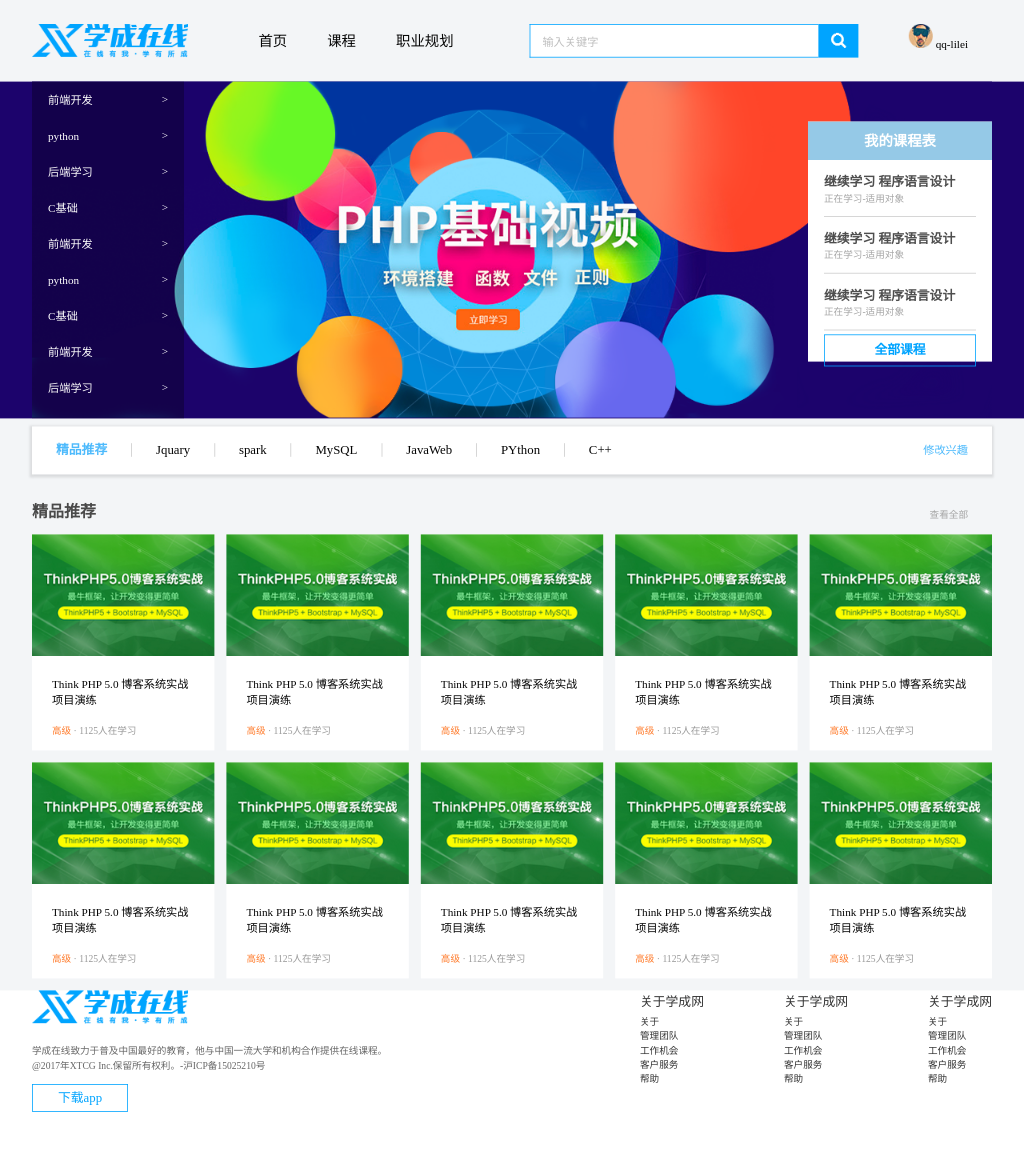
Repository: zhengdeya/web-based
Page: 39-学成在线/index.html
The author's editor kept a copy of each file at every save. The page is drawn from the files as they stood at one save, then again after the next save.
The browser window is 1280 px wide. The pictures show the whole page, at 80% of full size.

Above is the page before, as saved 2021-04-15 17:07:15.

### 39-学成在线/index.html
<!DOCTYPE html>
<html lang="en">

<head>
    <meta charset="UTF-8">
    <meta http-equiv="X-UA-Compatible" content="IE=edge">
    <meta name="viewport" content="width=device-width, initial-scale=1.0">
    <title>学成在线</title>
    <link rel="stylesheet" href="style.css">
</head>

<body>
    <div class="header">
        <!-- logo部分 -->
        <div class="logo">
            <img src="imgs/logo.png" alt="">
        </div>

        <!-- 实际开发中，不会直接用a而是用li包含链接（li+a）的做法 -->
        <div class="nav">
            <ul>
                <li><a href="#">首页</a></li>
                <li><a href="#">课程</a></li>
                <li><a href="#">职业规划</a></li>
            </ul>
        </div>

        <!-- 搜索区域 -->
        <div class="search">
            <input type="text" value="输入关键字">
            <button></button>
        </div>

        <!-- 用户模块 -->
        <div class="user">
            <img src="imgs/user.png" alt="">
            <span>qq-lilei</span>
        </div>
    </div>

    <div class="banner">
        <div class="box">

            <!-- 侧导航栏 -->
            <div class="subnav">
                <ul>
                    <li><a href="#">前端开发 <span>&gt;</span></a></li>
                    <li><a href="#">python <span>&gt;</span></a></li>
                    <li><a href="#">后端学习 <span>&gt;</span></a></li>
                    <li><a href="#">C基础 <span>&gt;</span></a></li>
                    <li><a href="#">前端开发 <span>&gt;</span></a></li>
                    <li><a href="#">python <span>&gt;</span></a></li>
                    <li><a href="#">C基础 <span>&gt;</span></a></li>
                    <li><a href="#">前端开发 <span>&gt;</span></a></li>
                    <li><a href="#">后端学习 <span>&gt;</span></a></li>
                </ul>
            </div>

            <!-- 右侧课程栏 -->
            <div class="course">
                <h2>我的课程表</h2>
                <div class="content">
                    <ul>
                        <li>
                            <h4>继续学习 程序语言设计</h4>
                            <p>正在学习-适用对象</p>
                        </li>
                        <li>
                            <h4>继续学习 程序语言设计</h4>
                            <p>正在学习-适用对象</p>
                        </li>
                        <li>
                            <h4>继续学习 程序语言设计</h4>
                            <p>正在学习-适用对象</p>
                        </li>
                    </ul>

                    <a href="#" class="more">全部课程</a>
                </div>
            </div>
        </div>
    </div>

    <div class="goods">
        <h3>精品推荐</h3>
        <ul>
            <li><a href="#">Jquary</a></li>
            <li><a href="#">spark</a></li>
            <li><a href="#">MySQL</a></li>
            <li><a href="#">JavaWeb</a></li>
            <li><a href="#">PYthon</a></li>
            <li><a href="#">C++</a></li>
        </ul>
        <div class="change">修改兴趣</div>
    </div>

    <!-- 精品推荐商品模块 -->
    <div class="boxes">
        <div class="box-hd">
            <h3>精品推荐</h3>
            <a href="#">查看全部</a>
        </div>
        <div class="box-bd">
            <ul class="clearfix">
                <li><a href="">
                        <img src="imgs/pic.png" alt="">
                        <h4>Think PHP 5.0 博客系统实战项目演练</h4>
                        <div class="info">
                            <span>高级</span> · 1125人在学习
                        </div>
                    </a></li>
                <li><a href="">
                        <img src="imgs/pic.png" alt="">
                        <h4>Think PHP 5.0 博客系统实战项目演练</h4>
                        <div class="info">
                            <span>高级</span> · 1125人在学习
                        </div>
                    </a></li>
                <li><a href="">
                        <img src="imgs/pic.png" alt="">
                        <h4>Think PHP 5.0 博客系统实战项目演练</h4>
                        <div class="info">
                            <span>高级</span> · 1125人在学习
                        </div>
                    </a></li>
                <li><a href="">
                        <img src="imgs/pic.png" alt="">
                        <h4>Think PHP 5.0 博客系统实战项目演练</h4>
                        <div class="info">
                            <span>高级</span> · 1125人在学习
                        </div>
                    </a></li>
                <li><a href="">
                        <img src="imgs/pic.png" alt="">
                        <h4>Think PHP 5.0 博客系统实战项目演练</h4>
                        <div class="info">
                            <span>高级</span> · 1125人在学习
                        </div>
                    </a></li>
                <li><a href="">
                        <img src="imgs/pic.png" alt="">
                        <h4>Think PHP 5.0 博客系统实战项目演练</h4>
                        <div class="info">
                            <span>高级</span> · 1125人在学习
                        </div>
                    </a></li>
                <li><a href="">
                        <img src="imgs/pic.png" alt="">
                        <h4>Think PHP 5.0 博客系统实战项目演练</h4>
                        <div class="info">
                            <span>高级</span> · 1125人在学习
                        </div>
                    </a></li>
                <li><a href="">
                        <img src="imgs/pic.png" alt="">
                        <h4>Think PHP 5.0 博客系统实战项目演练</h4>
                        <div class="info">
                            <span>高级</span> · 1125人在学习
                        </div>
                    </a></li>
                <li><a href="">
                        <img src="imgs/pic.png" alt="">
                        <h4>Think PHP 5.0 博客系统实战项目演练</h4>
                        <div class="info">
                            <span>高级</span> · 1125人在学习
                        </div>
                    </a></li>
                <li><a href="">
                        <img src="imgs/pic.png" alt="">
                        <h4>Think PHP 5.0 博客系统实战项目演练</h4>
                        <div class="info">
                            <span>高级</span> · 1125人在学习
                        </div>
                    </a></li>
            </ul>
        </div>
    </div>

    <!-- 底部区域 -->
    <div class="footer">
        <div class="footbox">
            <div class="copyright">
                <img src="imgs/logo.png" alt="">
                <p>学成在线致力于普及中国最好的教育，他与中国一流大学和机构合作提供在线课程。
                    <br> @2017年XTCG Inc.保留所有权利。-沪ICP备15025210号</p>
                <a href="#" class="app">下载app</a>
            </div>
            <div class="links">
                <dl>
                    <dt>关于学成网</dt>
                    <dd><a href="#">关于</a></dd>
                    <dd><a href="#">管理团队</a></dd>
                    <dd><a href="#">工作机会</a></dd>
                    <dd><a href="#">客户服务</a></dd>
                    <dd><a href="#">帮助</a></dd>
                </dl>
                <dl>
                    <dt>关于学成网</dt>
                    <dd><a href="#">关于</a></dd>
                    <dd><a href="#">管理团队</a></dd>
                    <dd><a href="#">工作机会</a></dd>
                    <dd><a href="#">客户服务</a></dd>
                    <dd><a href="#">帮助</a></dd>
                </dl>
                <dl>
                    <dt>关于学成网</dt>
                    <dd><a href="#">关于</a></dd>
                    <dd><a href="#">管理团队</a></dd>
                    <dd><a href="#">工作机会</a></dd>
                    <dd><a href="#">客户服务</a></dd>
                    <dd><a href="#">帮助</a></dd>
                </dl>
            </div>
        </div>
    </div>
</body>

</html>

### 39-学成在线/style.css
* {
    margin: 0;
    padding: 0;
}

body {
    background-color: #f3f5f7;
}

/* 清除浮动 */
.clearfix:before,
.clearfix:after {
    content: "";
    display: table;
}

.clearfix:after {
    clear: both;
}

.clearfix {
    *zoom: 1;
}

li {
    list-style: none;
}

a {
    text-decoration: none;
}

.header,
.box,
.goods,
.boxes,
.footer,
.footbox {
    margin: 0 auto;
    width: 1200px;
    /* background-color: gray; */

}

.header {
    margin: 30px auto;
    height: 42px;
}

.header .logo {
    float: left;
    width: 198px;
    height: 42px;
    /* background-color: pink; */
}

.header .nav {
    float: left;
    margin-left: 60px;
}

.header .nav li {
    margin: 0 15px;
    float: left;
}

.header .nav li a {
    display: block;
    height: 42px;
    line-height: 42px;
    padding: 0 10px;
    font-size: 18px;
    color: #050505;
}

.header .nav li a:hover {
    border-bottom: 2px solid #00a4ff;
    color: #00a4ff;
}

/* 搜索模块 */
.header .search {
    float: left;
    margin-left: 70px;
    width: 412px;
    height: 42px;
    /* background-color: skyblue; */
}

.header .search input {
    float: left;
    width: 345px;
    height: 40px;
    border: 1px solid #00a4ff;
    border-right: none;
    color: #bfbfbf;
    font-size: 14px;
    padding-left: 15px;
}

.header .search button {
    float: left;
    width: 50px;
    height: 42px;
    background-color: pink;
    border: 0;
    background: url(imgs/btn.png);
}

.header .user {
    float: right;
    line-height: 42px;
    margin-right: 30px;
    font-size: 14px;
}


/* banner部分 */

.banner {
    height: 421px;
    background-color: #1c036c;
}

.banner .box {

    height: 421px;
    /* 背景图片垂直靠上水平居中 */
    background: url(imgs/banner2_20190819_210028.png) no-repeat top center;
}

.subnav {
    float: left;
    width: 190px;
    height: 421px;
    background: rgba(0, 0, 0, .3);
}

.subnav li {
    height: 45px;
    line-height: 45px;
    padding: 0 20px;
}

.subnav a {
    font-size: 14px;
    color: #fff;
}

.subnav li a span {
    float: right;
}

.subnav a:hover {
    color: #00a4ff;
}

/* 课程表模块 */
.course {
    float: right;
    /* 浮动的盒子不会有外边距合并的问题 */
    margin-top: 50px;
    width: 230px;
    height: 300px;
    background-color: #fff;
}

.course h2 {
    height: 48px;
    background-color: #95C9E7;
    text-align: center;
    line-height: 48px;
    font-size: 18px;
    color: #fff;
}

.course .content {
    padding: 0 20px;
}

.course .content ul li {
    padding: 14px 0;
    border-bottom: 1px solid #ccc;
}

.course .content ul li h4 {
    font-size: 16px;
    color: #4e4e4e;
}

.course .content ul li p {
    font-size: 12px;
    color: #a5a5a5;
}

.course .content .more {
    display: block;
    margin-top: 5px;
    height: 38px;
    text-align: center;
    line-height: 38px;
    font-size: 16px;
    font-weight: 700;
    color: #00a4ff;
    border: 1px solid #00a4ff;
}

/* 精品推荐模块 */
.goods {
    margin-top: 10px;
    height: 60px;
    line-height: 60px;
    background-color: #fff;
    box-shadow: 0 2px 3px 3px rgba(0, 0, 0, .1);
}

.goods h3 {
    margin-left: 30px;
    float: left;
    font-size: 16px;
    color: #4DBAFC;
}

.goods ul {
    float: left;
    margin-left: 30px;
}

.goods ul li {
    float: left;
}

.goods ul li a {
    padding: 0 30px;
    font-size: 16px;
    color: #050505;
    border-left: 1px solid #ccc;
}

.goods .change {
    float: right;
    margin-right: 30px;
    font-size: 14px;
    color: #4DBAFC;
}

/* 精品推荐商品盒子区域 */
.boxes {
    margin-top: 30px;
}

.boxes .box-hd {
    height: 45px;
}

.boxes .box-hd h3 {
    float: left;
    font-size: 20px;
    color: #494949;
}

.boxes .box-hd a {
    float: right;
    margin-top: 10px;
    margin-right: 30px;
    font-size: 12px;
    color: #a5a5a5;
}

.boxes .box-bd {}

.boxes .box-bd ul {
    width: 1225px;
}

/* 把li的父亲ul修改的足够宽，一行能撞开5个盒子就不会换行了 */
.boxes .box-bd ul li {
    margin-right: 15px;
    margin-bottom: 15px;
    float: left;
    width: 228px;
    height: 270px;
    background-color: #fff;
}

.boxes .box-bd ul li img {
    width: 100%;
}

.boxes .box-bd ul li h4 {
    margin: 20px 20px 20px 25px;
    font-size: 14px;
    color: #050505;
    font-weight: 400;
}

.boxes .box-bd ul li .info {
    margin: 0 20px 0 25px;
    font-size: 12px;
    color: #999;
}

.boxes .box-bd ul li .info span {
    color: #ff7c2d;
}


/* 底部区域 */
.footer {
    width: 100%;
    height: 200px;
    background-color: #fff;
}

.footer .footbox {}

.footer .footbox .copyright {
    float: left;
}

.footer .footbox .copyright p {
    margin: 20px 0 15px;
    font-size: 12px;
    color: #666;
}

.footer .footbox .copyright .app {
    display: block;
    width: 118px;
    height: 33px;
    line-height: 33px;
    border: 1px solid #00a4ff;
    text-align: center;
    color: #00a4ff;
    font-size: 16px;
}

.footer .footbox .links {
    float: right;
}

.footer .footbox .links dl {
    float: left;
    margin-left: 100px;
}

.footer .footbox .links dl dt {
    margin-bottom: 5px;
    font-size: 16px;
    color: #333;
}

.footer .footbox .links dd a {
    font-size: 12px;
    color: #333;
}

After the next save:
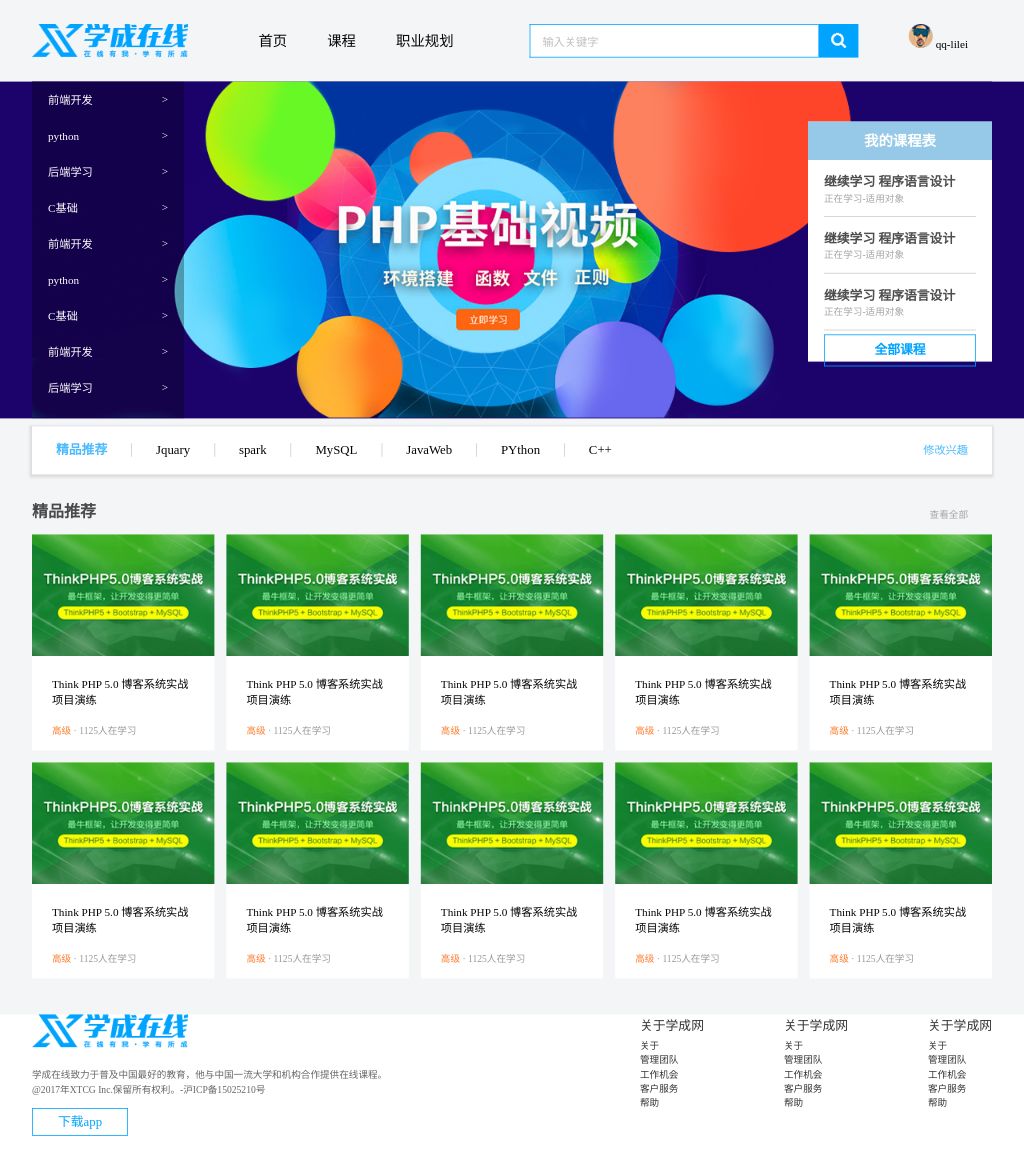
Saved 51 s later.
--- a/39-学成在线/style.css
+++ b/39-学成在线/style.css
@@ -312,7 +312,9 @@ a {
     background-color: #fff;
 }
 
-.footer .footbox {}
+.footer .footbox {
+    margin-top: 30px;
+}
 
 .footer .footbox .copyright {
     float: left;

After the save that followed:
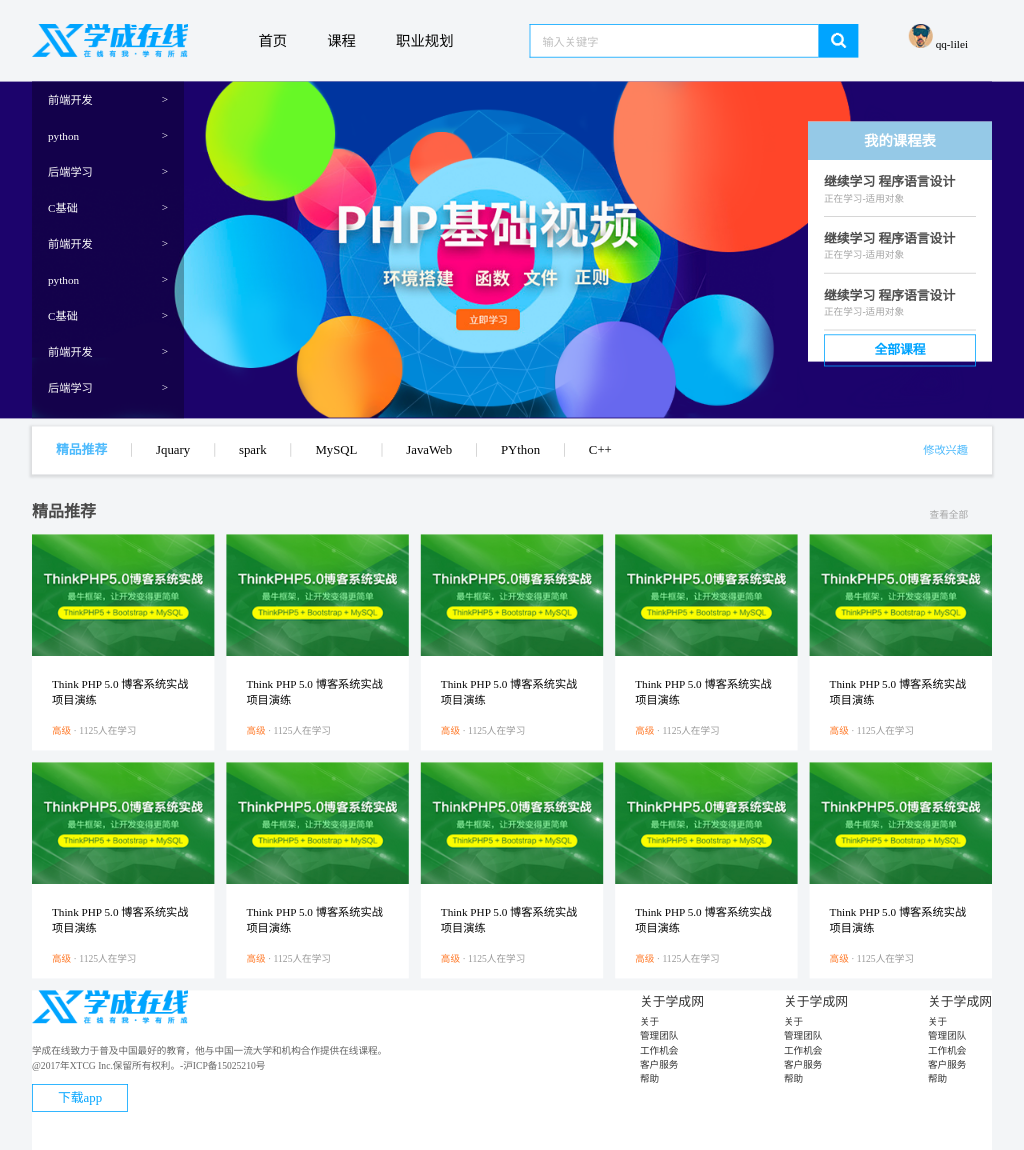
Saved 67 s later.
--- a/39-学成在线/style.css
+++ b/39-学成在线/style.css
@@ -307,14 +307,12 @@ a {
 
 /* 底部区域 */
 .footer {
-    width: 100%;
+
     height: 200px;
     background-color: #fff;
 }
 
-.footer .footbox {
-    margin-top: 30px;
-}
+
 
 .footer .footbox .copyright {
     float: left;
